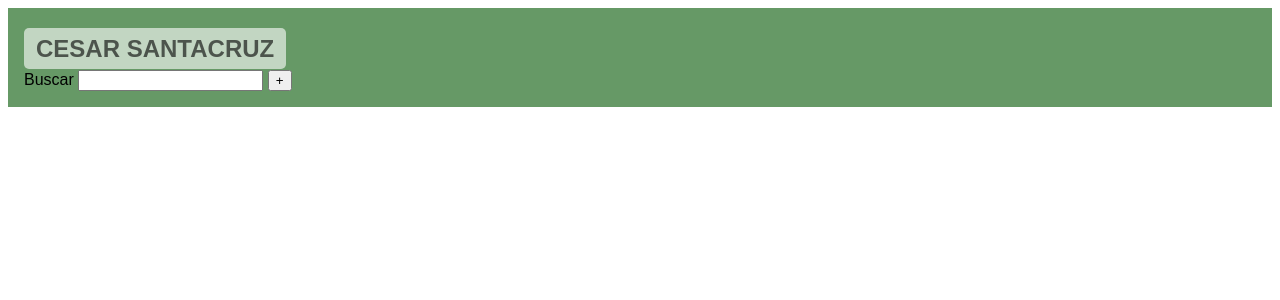
Repository: cesarsant0203/My_Study
Page: Introducción al desarrollo web/2-Css/2.7-colores_en_css3.html
These files come from the project's save history. The page is drawn as it stood at one moment and after the next save; the edit follows.
The browser window is 1280 px wide. The pictures show the whole page.

Above is the page before, as saved 2020-04-29 09:57:03.

### Introducción al desarrollo web/2-Css/2.7-colores_en_css3.html
<!DOCTYPE html>
<html lang="es">
    <head>
        <meta charset="utf-8"/>
        <title>Colores en CSS3</title>
        <link href="2.7-colores_en_css3.css" rel="stylesheet"/>
    </head>
    <body>
        <header>
            <h1>
                <a href="#">CESAR SANTACRUZ</a>
            </h1>
            <form action="">
                <label for="buscar">Buscar</label>
                <input type="text" id="buscar">
                <button>+</button>
            </form>

        </header>
    </body>
</html>

### Introducción al desarrollo web/2-Css/2.7-colores_en_css3.css
body {
    font-family: Arial, Helvetica, sans-serif;
    line-height: 1.4;
}

header {
    background: #696;
    padding: 1em;
}
h1 {
    display: inline;
}
a{
    font-size: 24px;
    font-weight: bold;
    color: rgba(0, 0, 0, 0.609);
    text-decoration: none;
    padding: 0.3em 0.5em;
    border-radius: 5px;
    background-color: rgba(255, 255, 255, 0.602);
    transition: background-color is linear;
}

After the next save:
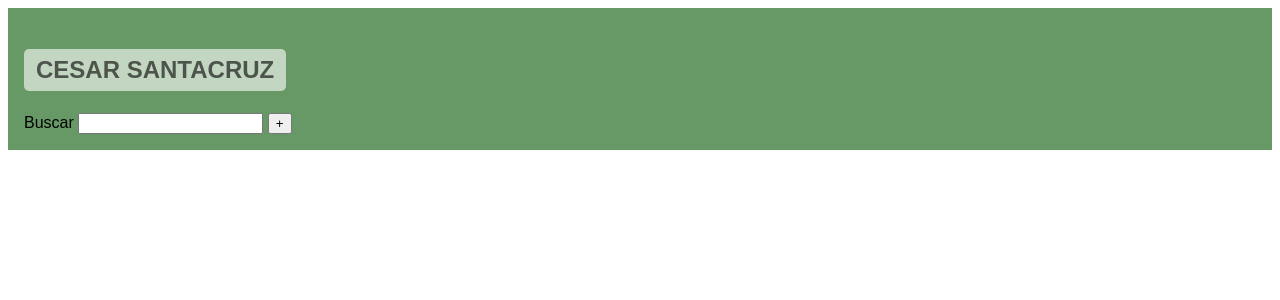
Saved 61 s later.
--- a/Introducción al desarrollo web/2-Css/2.7-colores_en_css3.css
+++ b/Introducción al desarrollo web/2-Css/2.7-colores_en_css3.css
@@ -7,7 +7,7 @@ header {
     background: #696;
     padding: 1em;
 }
-h1 {
+hl {
     display: inline;
 }
 a{
